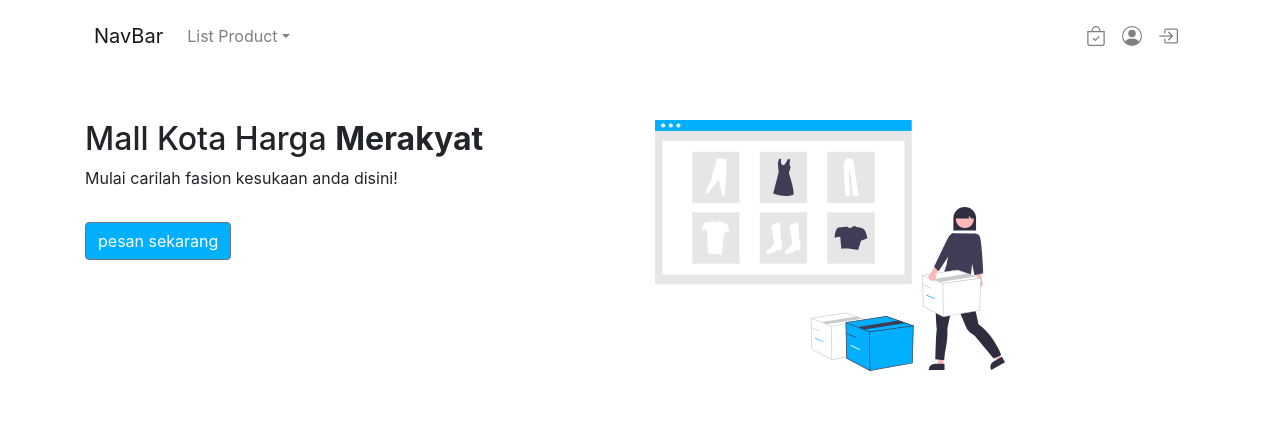
Repository: AHSANS354/ecommerce-catalog
Page: /
These files come from the project's save history. The page is drawn as it stood at one moment and after the next save; the edit follows.
The browser window is 1280 px wide. The pictures show the whole page.
The page's requests for data from a server got no answer. The project was rebuilt for these pictures with package versions that can differ from the ones it lists, and the page was loaded fresh each time. No one was signed in, and anything a server would have sent is missing. Also part of the build but not shown: vue.config.js, src/components/CardProduct.vue.

Above is the page before, as saved 2023-03-01 17:24:52.

### src/main.js
import Vue from "vue";
import App from "./App.vue";
import router from "./router";
import { BootstrapVue, IconsPlugin } from "bootstrap-vue";
// Import Bootstrap and BootstrapVue CSS files (order is important)
import "bootstrap/dist/css/bootstrap.css";
import "bootstrap-vue/dist/bootstrap-vue.css";
import "./assets/style/main.css";

// Make BootstrapVue available throughout your project
Vue.use(BootstrapVue);
// Optionally install the BootstrapVue icon components plugin
Vue.use(IconsPlugin);

Vue.config.productionTip = false;

new Vue({
  router,
  render: (h) => h(App),
}).$mount("#app");

### src/App.vue
<template>
  <div id="app">
    <router-view />
  </div>
</template>

### src/assets/style/main.css
.btn.btn-secondary {
  background-color: #00b0ff !important;
}

.card-img-top {
  height: 18rem;
}

.card {
  padding: 2rem;
}

.deskripsi {
  display: -webkit-box;
  -webkit-line-clamp: 3;
  -webkit-box-orient: vertical;
  overflow: hidden;
  text-overflow: ellipsis;
}

.title {
  display: -webkit-box;
  -webkit-line-clamp: 2;
  -webkit-box-orient: vertical;
  overflow: hidden;
  text-overflow: ellipsis;
}

### src/views/HomeView.vue
<template>
  <div class="home">
    <navbar-view />
    <div class="container mt-5">
      <div class="row">
        <div class="col-md-6">
          <h2>Mall Kota Harga <strong>Merakyat</strong></h2>
          <p>Mulai carilah fasion kesukaan anda disini!</p>

          <b-button class="mt-3"> pesan sekarang </b-button>
        </div>
        <div class="col-md-6">
          <img
            src="../assets/images/undraw_web_shopping_re_owap.svg"
            alt="foto"
            width="350"
          />
        </div>
      </div>
      <div class="row mt-5">
        <div
          class="col-md-4 mt-3"
          v-for="product in products"
          :key="product.id"
        >
          <card-product :product="product" />
        </div>
      </div>
    </div>
  </div>
</template>

<script>
import NavbarView from "@/components/NavbarView.vue";
import CardProduct from "@/components/CardProduct.vue";
import axios from "axios";
// @ is an alias to /src

export default {
  name: "HomeView",
  components: {
    NavbarView,
    CardProduct,
  },
  data() {
    return {
      products: [],
    };
  },
  methods: {
    setProduct(data) {
      this.products = data;
    },
  },
  mounted() {
    axios
      .get("https://fakestoreapi.com/products")
      .then((response) => this.setProduct(response.data))
      .catch((error) => console.log(error));
  },
};
</script>

### src/components/NavbarView.vue
<template>
  <div class="container p-2">
    <b-navbar toggleable="lg" type="light">
      <router-link class="navbar-brand" to="/">NavBar</router-link>

      <b-navbar-toggle target="nav-collapse"></b-navbar-toggle>

      <b-collapse id="nav-collapse" is-nav>
        <b-navbar-nav>
          <b-nav-item-dropdown text="List Product" right>
            <router-link class="dropdown-item" to="/">EN</router-link>
            <router-link class="dropdown-item" to="/">ES</router-link>
            <router-link class="dropdown-item" to="/">RU</router-link>
            <router-link class="dropdown-item" to="/">FA</router-link>
          </b-nav-item-dropdown>
        </b-navbar-nav>

        <!-- Right aligned nav items -->
        <b-navbar-nav class="ml-auto">
          <router-link to="/"
            ><b-nav-item><b-icon-bag-check></b-icon-bag-check></b-nav-item
          ></router-link>
          <router-link to="/"
            ><b-nav-item
              ><b-icon-person-circle></b-icon-person-circle></b-nav-item
          ></router-link>
          <router-link to="/"
            ><b-nav-item
              ><b-icon-box-arrow-in-right></b-icon-box-arrow-in-right></b-nav-item
          ></router-link>
        </b-navbar-nav>
      </b-collapse>
    </b-navbar>
  </div>
</template>

<script>
export default {
  name: "NavbarView",
};
</script>

<style>
</style>

Loaded but not shown: public/index.html (common file); src/router/index.js (common file)

After the next save:
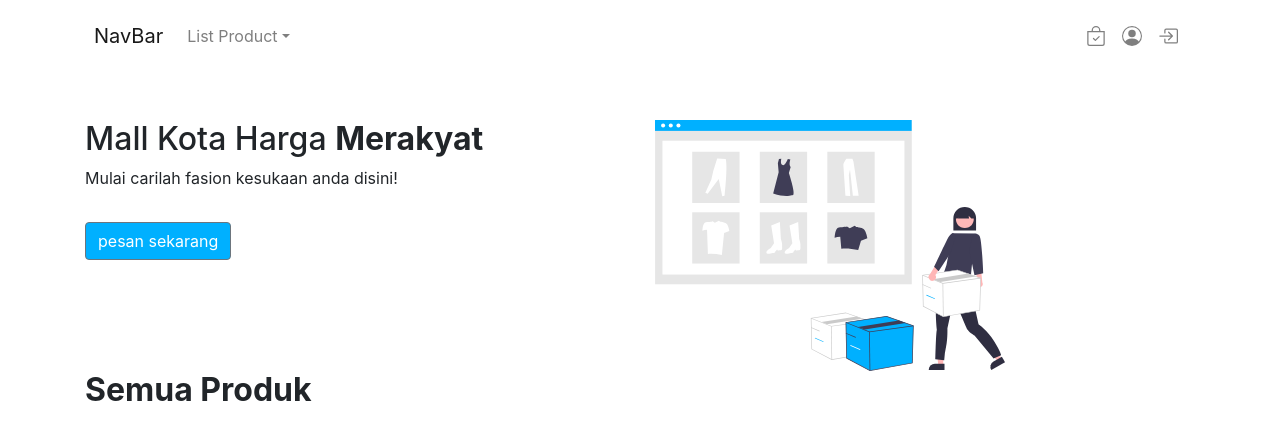
Saved 4 h 46 min later.
--- a/src/views/HomeView.vue
+++ b/src/views/HomeView.vue
@@ -15,6 +15,11 @@
             alt="foto"
             width="350"
           />
+        </div>
+      </div>
+      <div class="row">
+        <div class="col-md-6">
+          <h2><strong>Semua Produk</strong></h2>
         </div>
       </div>
       <div class="row mt-5">
